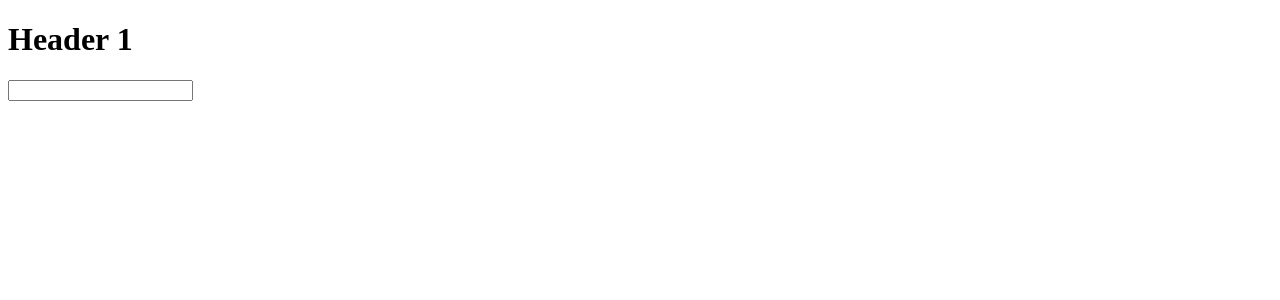
Repository: beefybroccoli/vanilla_javascript
Page: index.html
The author's editor kept a copy of each file at every save. The page is drawn from the files as they stood at one save, then again after a run of saves.
The browser window is 1280 px wide. The pictures show the whole page.

Above is the page before, as saved 2022-04-19 12:44:43.

After the next 2 saves:
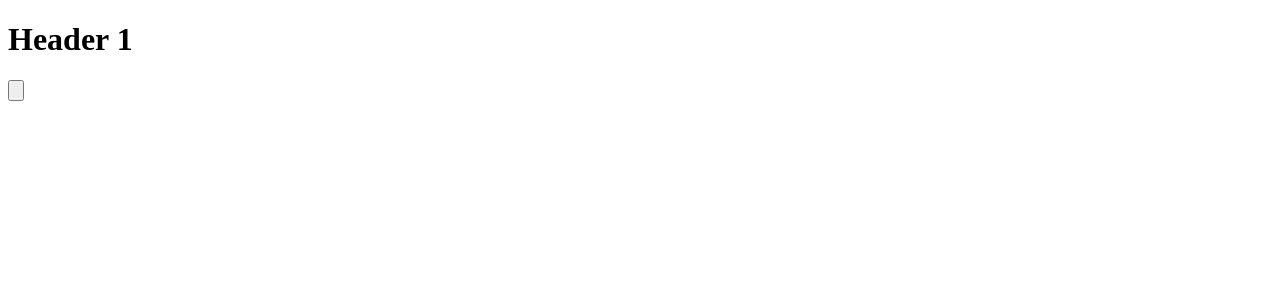
The 2 saves are shown as one change because they came seconds apart.
The last was saved 7 s later.
--- a/index.html
+++ b/index.html
@@ -9,7 +9,7 @@
             <h1>Header 1</h1>
         </main>
 
-        <input
+        <input type="button"
 
     </body>
 </html>
